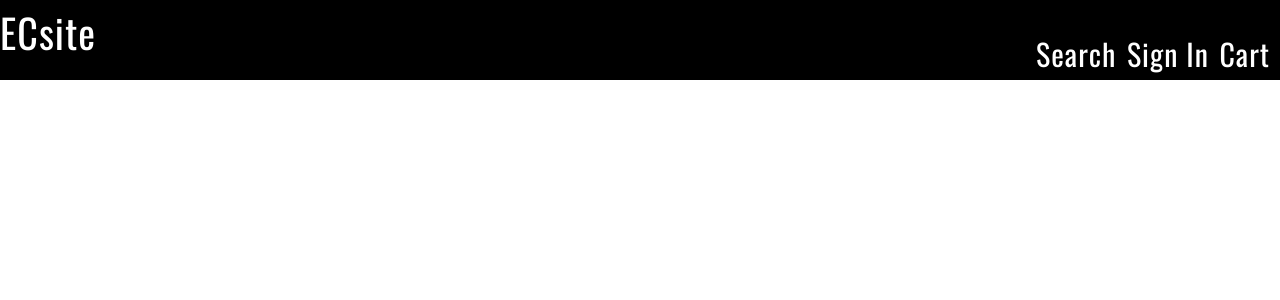
Repository: Kazuho-Komagamine/ecsite
Page: http://localhost/ecsite/header.jsp
These files come from the project's save history. The page is drawn as it stood at one moment and after the next save; the edit follows.
The browser window is 1280 px wide. The pictures show the whole page.
The page is served by Tomcat 9. Nobody is signed in. The application's start-up code is not run. Other server files are loaded and not shown.

Above is the page before, as saved 2018-07-19 08:37:00.

### ecsite/WebContent/header.jsp
<%@ page language="java" contentType="text/html; charset=UTF-8"
    pageEncoding="UTF-8"%>
<%@ taglib prefix="s" uri="/struts-tags"%>
<!DOCTYPE html>
<html>
<head>
<meta charset="UTF-8">
<style>
@import url('https://fonts.googleapis.com/css?family=Oswald');
</style>
<link rel="stylesheet" href="./css/style.css">
</head>
<body>
    <div id="header">
        <span id="header_title">
        ECsite
        </span>
        <div id="header_menu">
            <ul>
                <li>Search</li>
                <li>Sign In</li>
                <li>Cart</li>
            </ul>
        </div>
    </div>
</body>
</html>

### ecsite/WebContent/css/style.css
body{
    margin: 0;
    padding: 0;
    line-height: 1.6;
    letter-spacing: 1px;
    font-family: Verdana, Helvetica, sans-serif;
    font-size: 12px;
    color: #333;
    background:#fff;
}
table{
    text-align: center;
    margin: 0 auto;
}
/* =======ecsite LAYOUT======= */
#top{
    width: 780px;
    margin: 30px auto;
    border: 1px solid #333;
}
#header{
    width: 100%;
    height: 80px;
    background-color: black;
}
#main{
    width: 100%;
    height: 500px;
    text-align: center;
}
#footer{
    width: 100%;
    height: 40px;
    background-color: black;
    clear: both;
    position: fixed;
    bottom: 0;
}
#text-center{
    display: inline-block;
    text-arign: center;
}
#text-link{
    display: inline-block;
    text-arign: right;
}
#pr{
	text-align: center;
	color: white;
	font-size: 10px;
}
#header_title{
	color: white;
	font-size: 40px;
	font-family: 'Oswald', sans-serif;
	text-align: left;
}
#header_menu{
	 float: right;
	 margin-right: 10px;
}
#header_menu ul{
    font-size: 30px;
    color: white
}
#header_menu ul li{
	font-family: 'Oswald', sans-serif;
    display: inline-block;
}

After the next save:
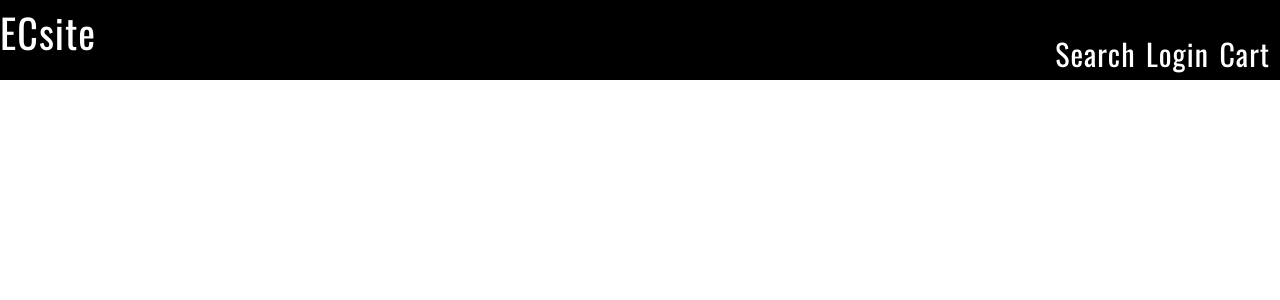
Saved 19 s later.
--- a/ecsite/WebContent/header.jsp
+++ b/ecsite/WebContent/header.jsp
@@ -18,7 +18,7 @@
         <div id="header_menu">
             <ul>
                 <li>Search</li>
-                <li>Sign In</li>
+                <li>Login</li>
                 <li>Cart</li>
             </ul>
         </div>
